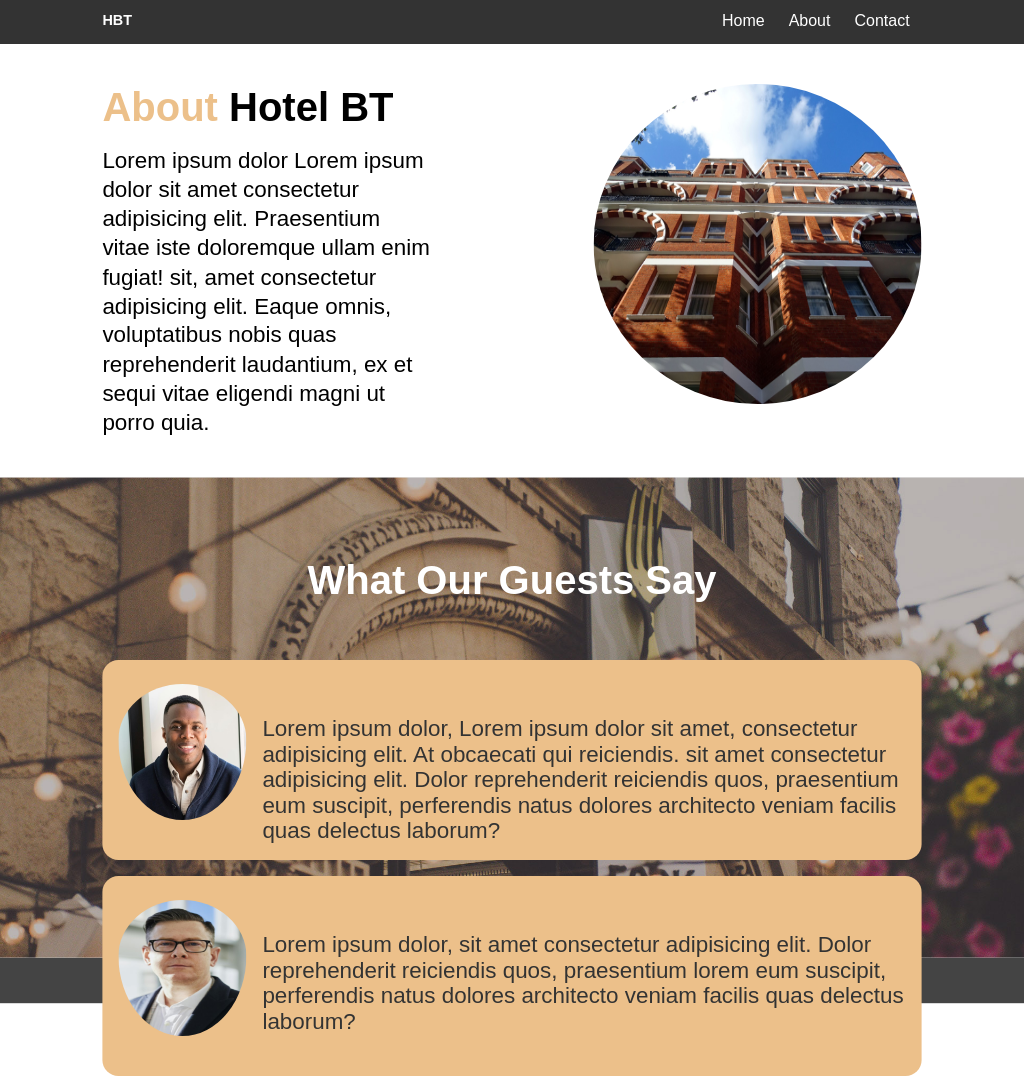
Repository: reemoon-ctrl/35---hotel-website
Page: about.html
An editor plug-in stored every save of this project. The page is shown before and after a run of saves, followed by the edit.
The browser window is 1280 px wide. The pictures show the whole page, at 80% of full size.

Above is the page before, as saved 2024-07-24 22:25:52.

After the next 2 saves:
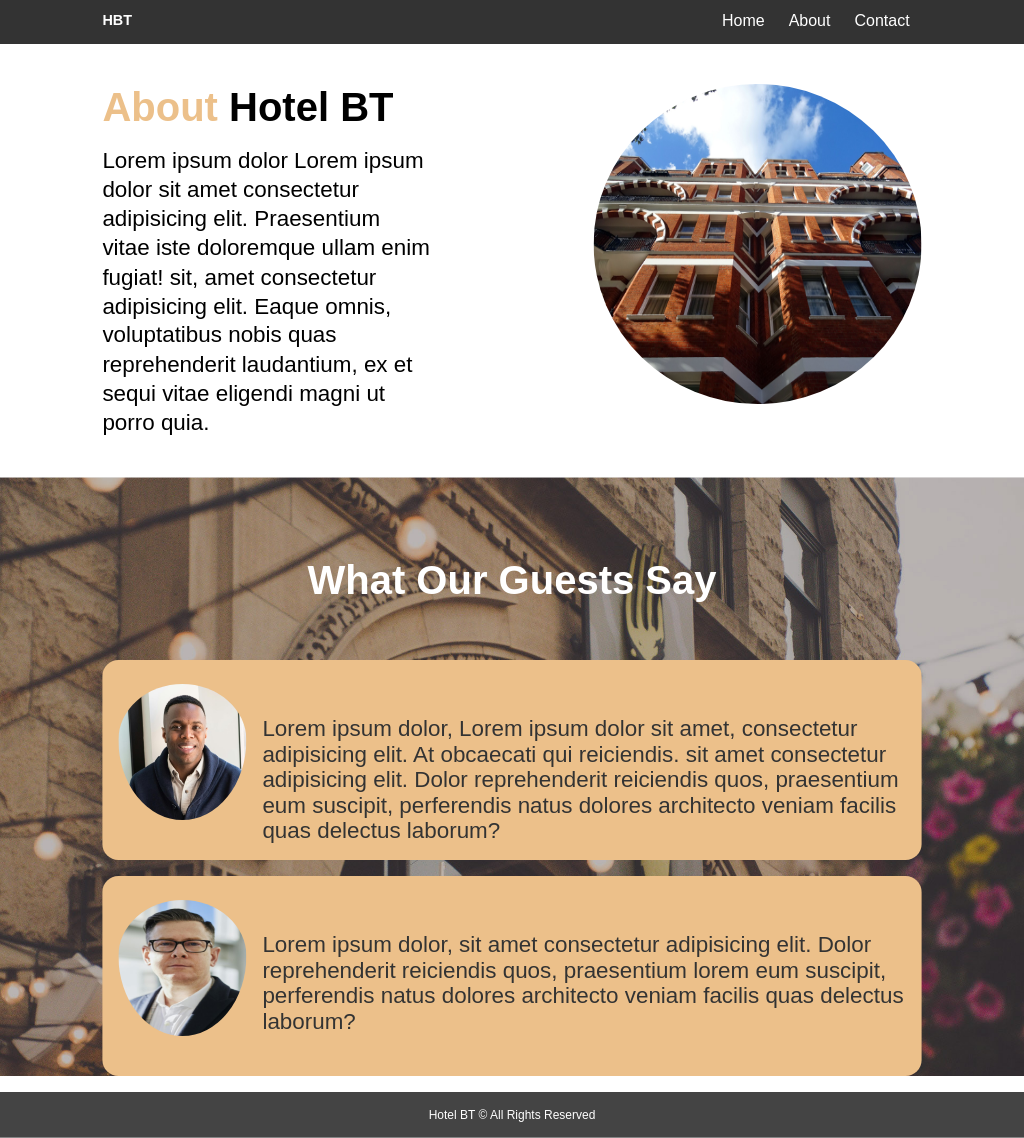
The 2 saves are shown as one change because they came seconds apart.
The last was saved 2 min 18 s later.
--- a/index.css
+++ b/index.css
@@ -261,7 +261,7 @@ footer p{
 .aside-content{
     background-image: url(img/test-bg.jpg) ;
     background-color: #cccccc;
-    height:600px;
+    height:max-content;
     background-position: center;
     background-repeat: no-repeat;
     background-size: cover;
